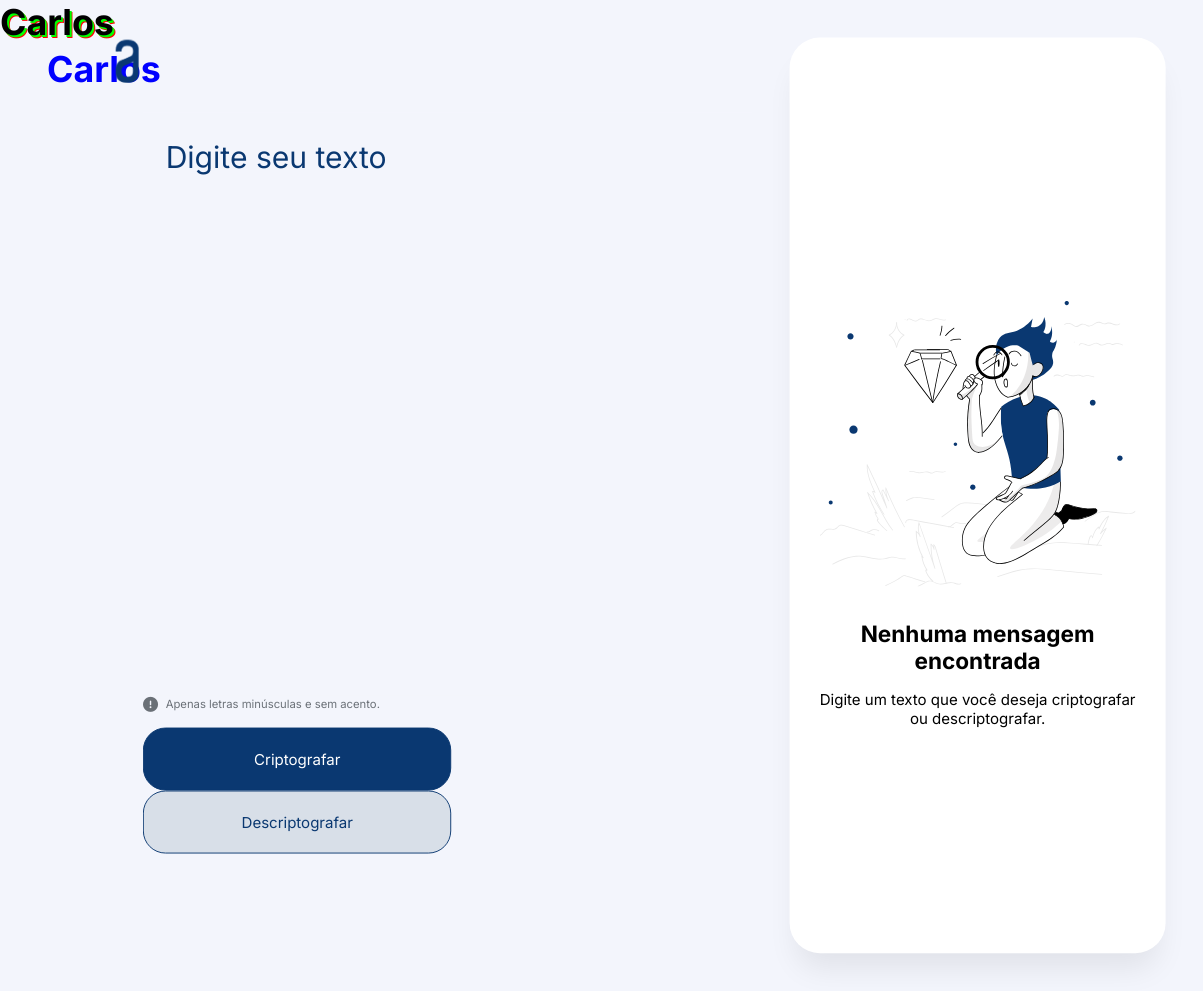
Repository: CarlosEduardoVdeOliveira/descodificador-de-texto
Page: index.html
The author's editor kept a copy of each file at every save. The page is drawn from the files as they stood at one save, then again after the next save.
The browser window is 1280 px wide. The pictures show the whole page, at 94% of full size.

Above is the page before, as saved 2023-04-14 15:03:52.

After the next save:
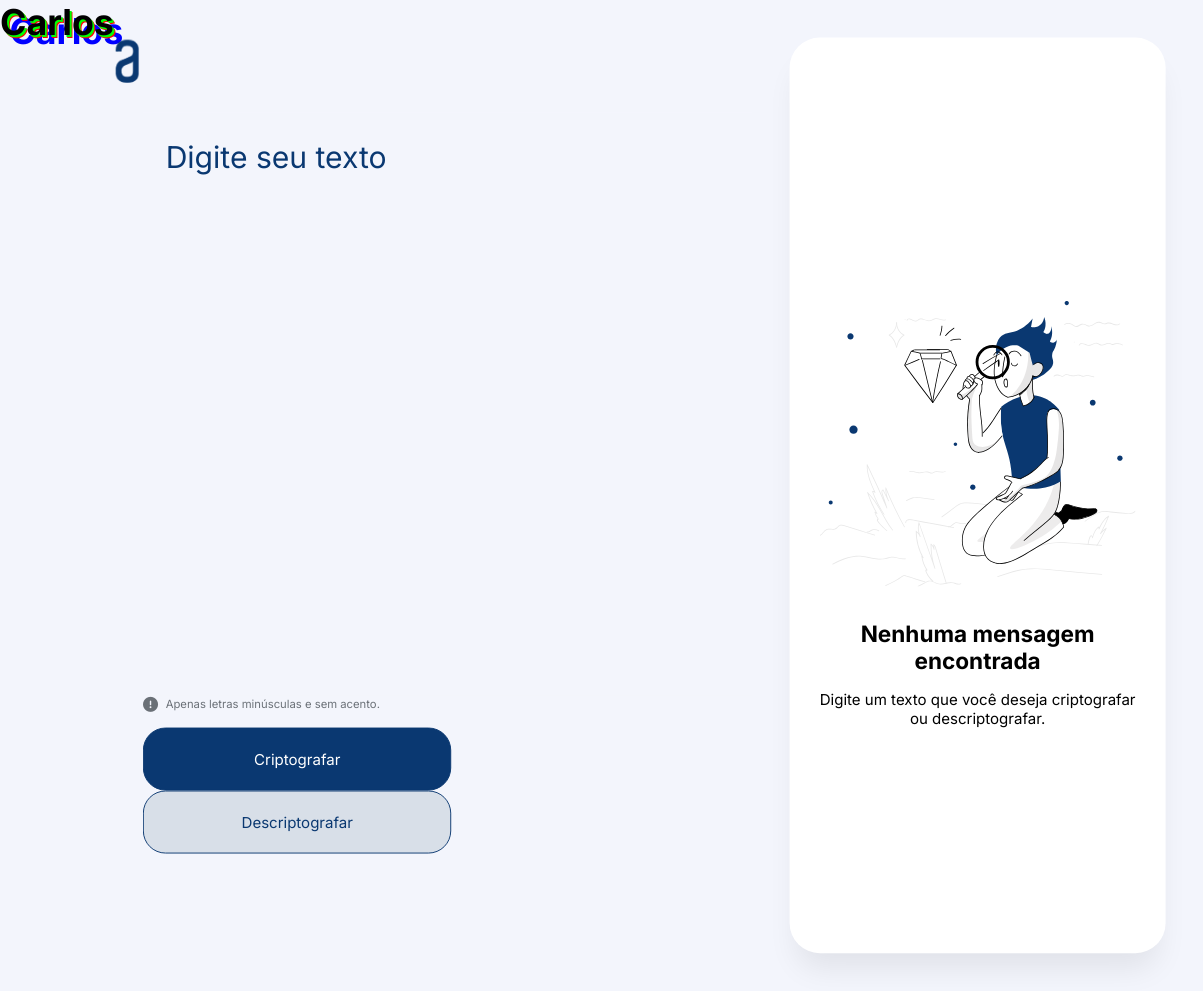
Saved 10 s later.
--- a/src/styles/index.css
+++ b/src/styles/index.css
@@ -125,5 +125,5 @@ textarea.textarea-output{
 #test{
    font-size: 38px;
    font-weight: bold;
-   text-shadow: 2px 2px #00FF00, 3px 3px #FF0000, 50px 50px #0000FF;
+   text-shadow: 2px 2px #00FF00, 3px 3px #FF0000, 10px 10px #0000FF;
 }
